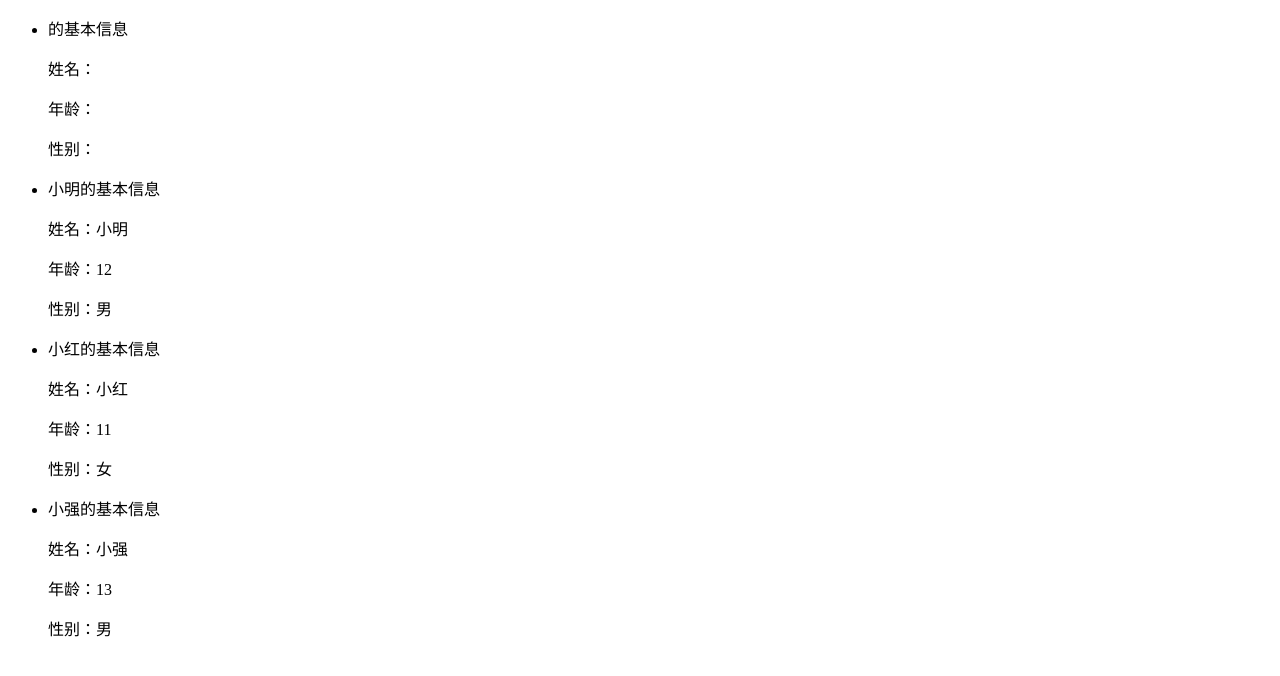
Repository: wanghuan19961020/Vue2.x-Study-Notes
Page: Vue2.x-mustache模板引擎/mustache-study/03_数据变为视图-ES6反引号法.html
The author's editor kept a copy of each file at every save. The page is drawn from the files as they stood at one save, then again after the next save.
The browser window is 1280 px wide. The pictures show the whole page.

Above is the page before, as saved 2021-02-04 16:50:31.

### Vue2.x-mustache模板引擎/mustache-study/03_数据变为视图-ES6反引号法.html
<!DOCTYPE html>
<html lang="en">

<head>
  <meta charset="UTF-8">
  <meta name="viewport" content="width=device-width, initial-scale=1.0">
  <title>03_数据变为视图-ES6反引号法</title>
</head>

<body>
  <ul id="list">
    <li>
      <div class="hd">的基本信息</div>
      <div class="bd">
        <p>姓名：</p>
        <p>年龄：</p>
        <p>性别：</p>
      </div>
    </li>
  </ul>
  <script>
    var arr = [
      { name: '小明', age: 12, sex: '男' },
      { name: '小红', age: 11, sex: '女' },
      { name: '小强', age: 13, sex: '男' },
    ]
    var list = document.getElementById('list')
    // 遍历 arr 数组，每遍历一项，就以字符串的视角将HTML字符串添加到list中
    for (let i = 0; i < arr.length; i++) {
      list.innerHTML += `
        <li>
          <div class="hd">${arr[i].name}的基本信息</div>
          <div class="bd">
            <p>姓名：${arr[i].name}</p>
            <p>年龄：${arr[i].age}</p>
            <p>性别：${arr[i].sex}</p>
          </div>
        </li>
      `
    }
  </script>

</body>

</html>

After the next save:
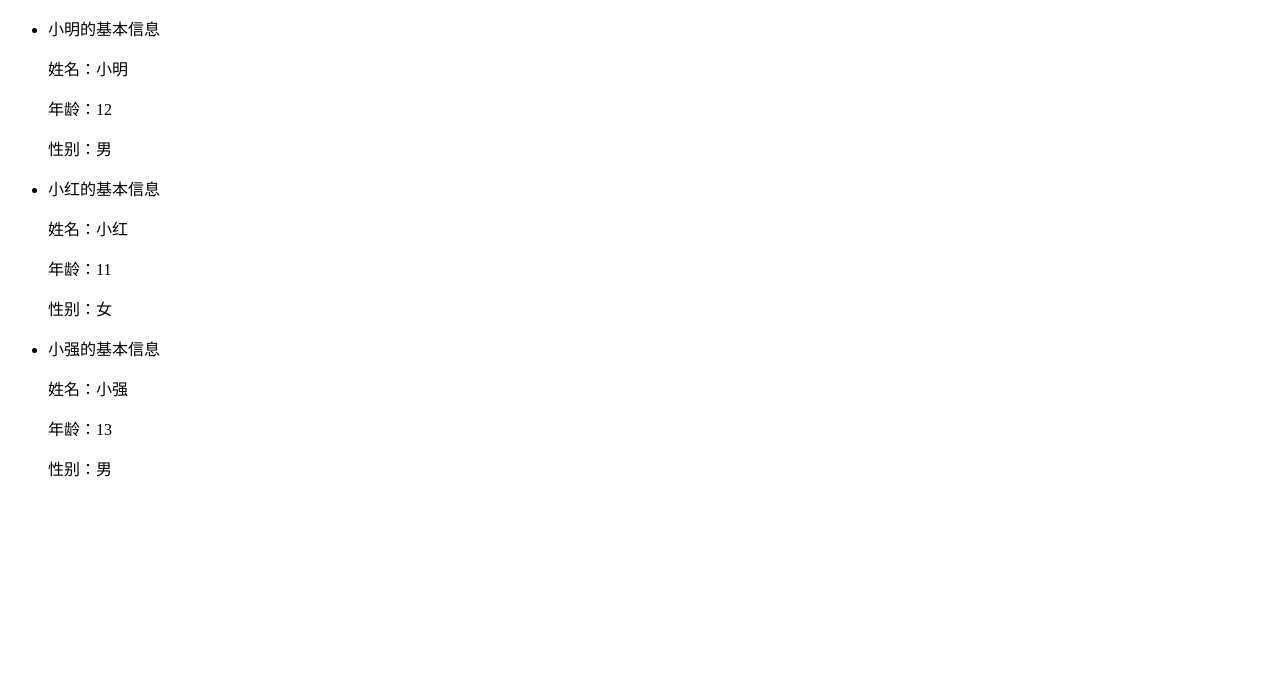
Saved 10 s later.
--- a/Vue2.x-mustache模板引擎/mustache-study/03_数据变为视图-ES6反引号法.html
+++ b/Vue2.x-mustache模板引擎/mustache-study/03_数据变为视图-ES6反引号法.html
@@ -9,14 +9,6 @@
 
 <body>
   <ul id="list">
-    <li>
-      <div class="hd">的基本信息</div>
-      <div class="bd">
-        <p>姓名：</p>
-        <p>年龄：</p>
-        <p>性别：</p>
-      </div>
-    </li>
   </ul>
   <script>
     var arr = [
